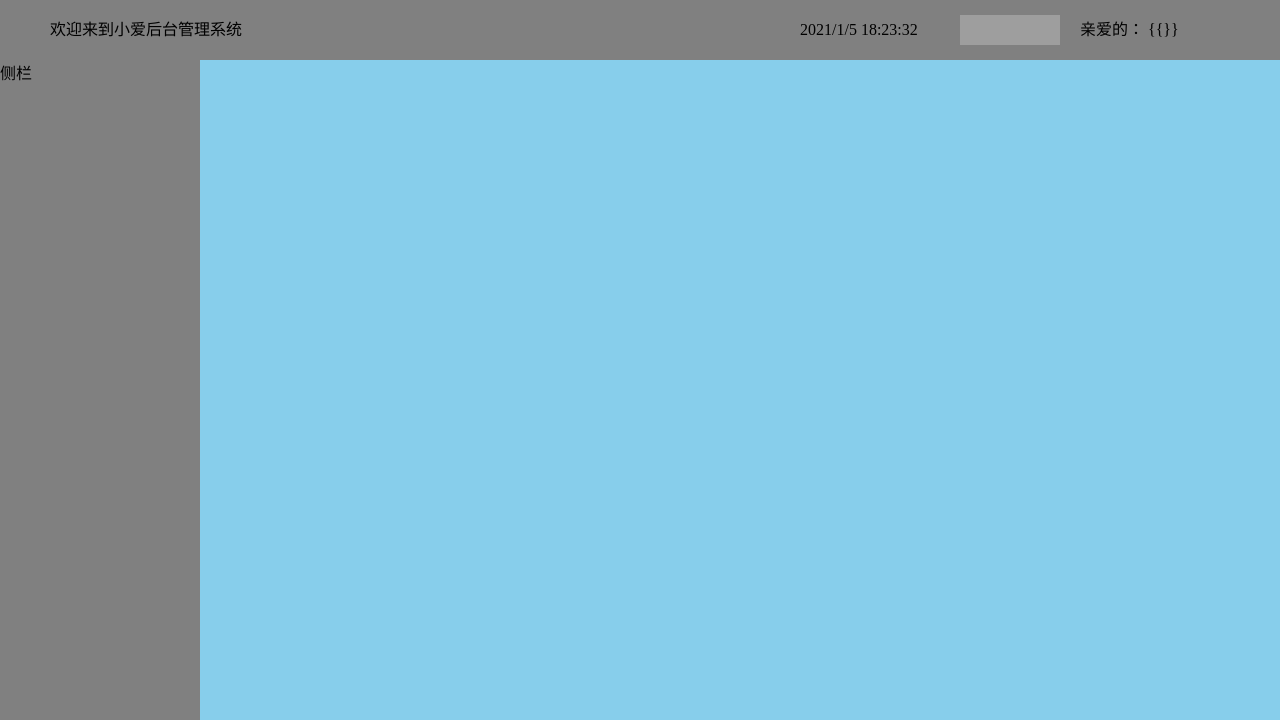
Repository: heyegang/vuex
Page: /
An editor plug-in stored every save of this project. The page is shown before and after the next save, followed by the edit.
The browser window is 1280 px wide. The pictures show the whole page.
Pictures or frames that could not be fetched are drawn as grey boxes. The project was rebuilt for these pictures with package versions that can differ from the ones it lists, and the page was loaded fresh each time. Also part of the build but not shown: vue.config.js.

Above is the page before, as saved 2021-01-06 13:48:28.

After the next save:
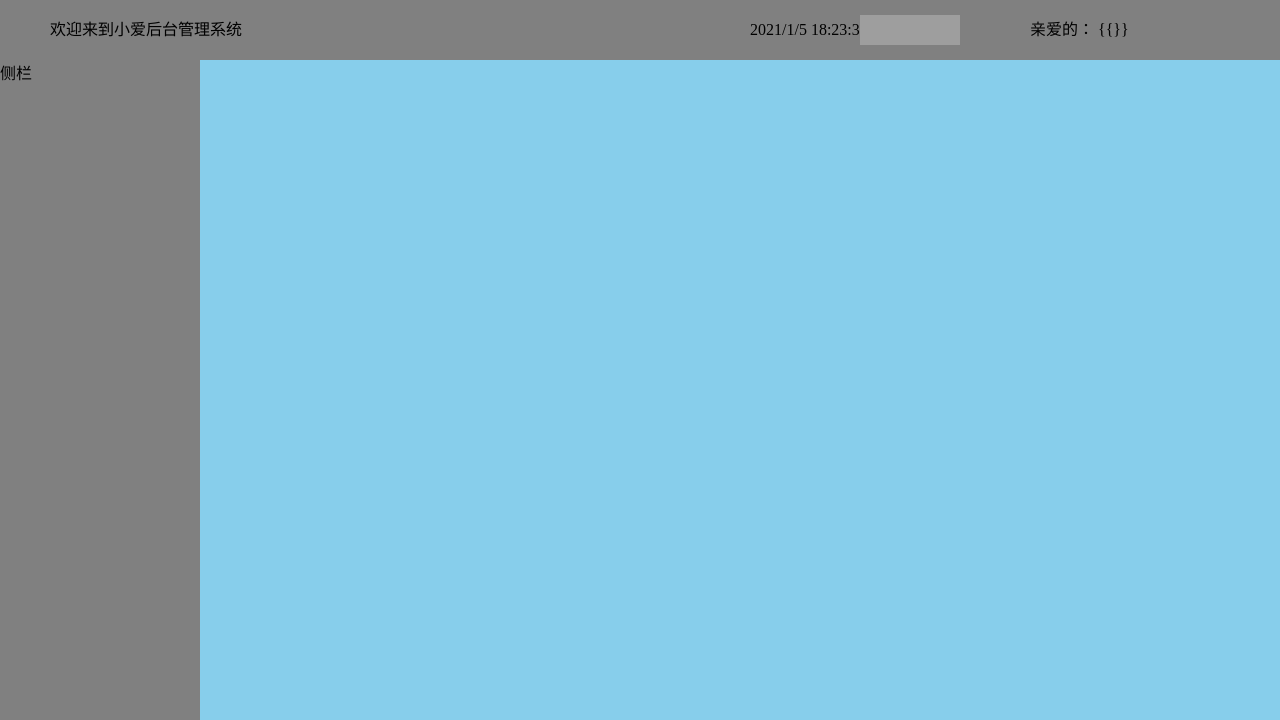
Saved 25 s later.
--- a/src/components/navheader/NavHeader.vue
+++ b/src/components/navheader/NavHeader.vue
@@ -84,17 +84,17 @@ export default {
 .box{
     width: 160px;
     position: absolute;
-    right: 300px;
+    right: 350px;
 }
 .weather{
     width: 100px;
     position: absolute;
-    right: 100px;
+    right: 150px;
     top: 5px;
 }
 .hello{
     width: 100px;
     position: absolute;
-    right: 80px;
+    right: 130px;
 }
 </style>
